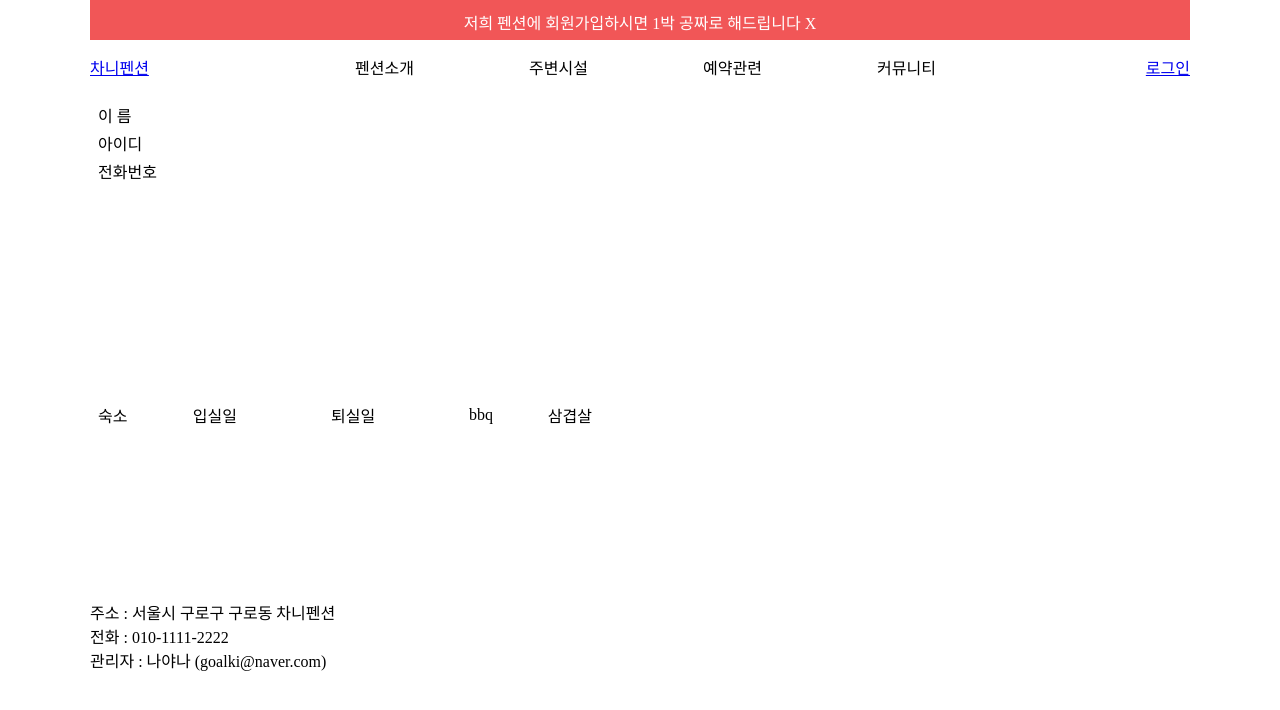
Repository: goalki/pension
Page: http://localhost/pension/mypage/mypage.jsp
The author's editor kept a copy of each file at every save. The page is drawn from the files as they stood at one save, then again after the next save.
The browser window is 1280 px wide. The pictures show the whole page.
The page is served by Tomcat 9. Other server files are loaded and not shown.

Above is the page before, as saved 2021-01-15 05:32:48.

### pension/WebContent/mypage/mypage.jsp
<%@ page language="java" contentType="text/html; charset=UTF-8"
    pageEncoding="UTF-8"%>
<%@ include file="../top.jsp" %>
<style>
  #section {
    width:1100px;
    height:500px;
    margin:auto;
  }
  #section #my {
    width:600px;
    height:300px;
  }
  #section #reserve {
    width:600px;
    height:300px;
  }
 </style>
  <div id="section">
    <div id="my">  <!-- 회원 정보 : member테이블에 값을 가져온다..-->
      <table width="590" align="center">
       <tr>
        <td> 이 름 </td>
        <td> </td>
       </tr>
       <tr>
        <td> 아이디 </td>
        <td> </td>
       </tr>
       <tr>
        <td> 전화번호 </td>
        <td> </td>
       </tr>
       <tr>
      </table>
    </div>
    <div id="reserve"> <!-- 예약정보 : reserve 테이블에서 가져온다.-->
      <table width="590" align="center">
       <tr>
         <td> 숙소 </td>
         <td> 입실일 </td>
         <td> 퇴실일 </td>
         <td> bbq </td>
         <td> 삼겹살 </td>
       </tr>
      </table>
    </div>
  </div>

 <%@ include file="../bottom.jsp" %>

### pension/WebContent/top.jsp
<%@ page language="java" contentType="text/html; charset=UTF-8"
    pageEncoding="UTF-8"%>
<%@ taglib prefix="c" uri="http://java.sun.com/jsp/jstl/core" %>

<!DOCTYPE html>
<html>       <!-- index.jsp -->
<head>
<meta charset="UTF-8">
<title>Insert title here</title>
  <style>
    body {
      margin:0px;
    }
    #first {  /* 광고관련 1층 */
      width:1100px;
      height:30px;
      margin:auto;
      background:#f15657;
      text-align:center;
      padding-top:10px;
      color:white;
    }
    #second {  /* 로고, 메뉴 2층 */
      width:1100px;
      height:60px;
      margin:auto;
    }
    #second #left {
      padding-top:15px;
      width:100px;
      float:left;
    }
    #second #right {
      padding-top:15px;
      width:1000px;
      float:right;
      text-align:right;
    }
    #second #right #menu {
      display:inline-block;
      width:170px;
      height:30px; /* 주메뉴의 높이를 줘야 됩니다 */
      position:relative;
    }
    #second #right #menu:last-child {
      width:250px;
    }
    #second #right #menu .sub {
      position:absolute;
      width:120px;
      left:88px;
      top:10px;
      background:white;
      padding-left:0px;
      visibility:hidden;
      padding-top:10px;

    }
    #second #right #menu .sub li {
      list-style-type:none;
      text-align:center; /* 서브메뉴의 글자 중앙 */
    }


  </style>
    <script src="http://code.jquery.com/jquery-latest.js"></script>
  <script>
    function view_sub(n)
    {
    	document.getElementsByClassName("sub")[n].style.visibility="visible";
    }
    function hide_sub(n)
    {
    	document.getElementsByClassName("sub")[n].style.visibility="hidden";
    }

    $(function()
    {
    	$("#ff").click(function()
    	{
    		$("#first").slideUp();

    	});
    });
  </script>
</head>
<body>
  <div id="first">
     저희 펜션에 회원가입하시면  1박 공짜로 해드립니다
   <span id="ff"  style="cursor:pointer"> X </span>
  </div>
  <div id="second">
     <div id="left"> <a href="../main/index.jsp"> 차니펜션 </a></div>
     <div id="right">
        <span id="menu" onmouseenter="view_sub(0)" onmouseleave="hide_sub(0)"> 펜션소개
        <!-- 부메뉴 -->
           <ul class="sub">
            <li> <a href="../sogae/sogae.jsp"> 우리펜션 </a> </li>
            <li> 오시는길 </li>
           </ul>
        </span>
        <span id="menu" onmouseenter="view_sub(1)" onmouseleave="hide_sub(1)"> 주변시설
        <!-- 부메뉴 -->
           <ul class="sub">
            <li> 만리포 </li>
            <li> 연포</li>
            <li> 채석정 </li>
           </ul>
        </span>
        <span id="menu" onmouseenter="view_sub(2)" onmouseleave="hide_sub(2)"> 예약관련
         <!-- 부메뉴 -->
           <ul class="sub">
            <li>  예약 규정 </a> </li>
            <li> <a href="../reserve/reserve.jsp"> 실시간 예약 </a> </li>
           </ul>
        </span>
        <span id="menu" onmouseenter="view_sub(3)" onmouseleave="hide_sub(3)"> 커뮤니티
        <!-- 부메뉴 -->
           <ul class="sub">
            <li> 여행 후기 </li>
            <li> 자유게시판 </li>
           </ul>
        </span>
        <span id="menu">
          <c:if test="${userid == null}">
           <a href="../login/login.jsp"> 로그인 </a>
          </c:if>
          <c:if test="${userid != null}">
            ${userid}님!! <a href="../mypage/mypage.jsp"> 내정보 </a>  <a href="../login/logout.jsp"> 로그아웃 </a>
          </c:if>
        </span>
    </div>
  </div>
  <!-- 여기까지 1층과 2층  top.jsp -->

### pension/WebContent/bottom.jsp
<%@ page language="java" contentType="text/html; charset=UTF-8"
    pageEncoding="UTF-8"%>
 <style>
 #fifth {     /* 펜션소개 5층 */
      width:1100px;
      height:100px;
      margin:auto;
    }
 </style>
<!-- 여기부터 5층 => bottom.jsp -->
  <div id="fifth">
    주소 : 서울시 구로구 구로동 차니펜션 <br>
    전화 : 010-1111-2222 <br>
    관리자 : 나야나  (goalki@naver.com) <br>
  </div>

</body>
</html>

After the next save:
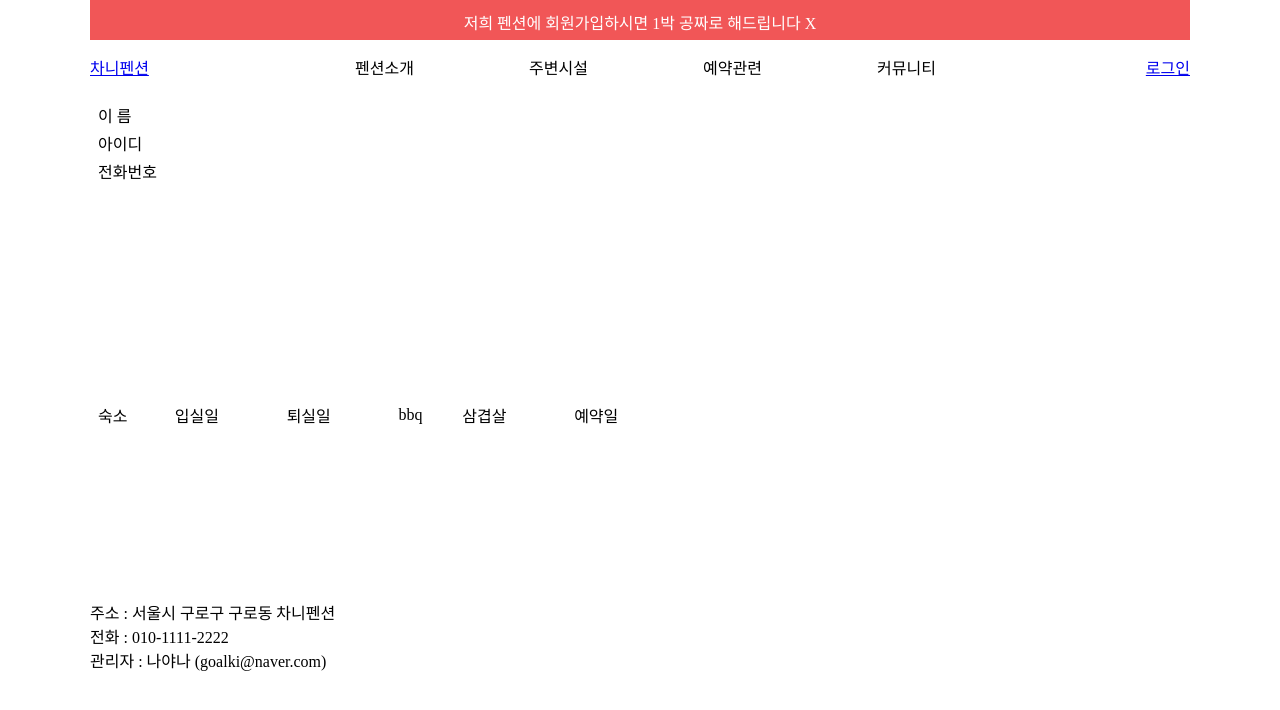
Saved 7 s later.
--- a/pension/WebContent/mypage/mypage.jsp
+++ b/pension/WebContent/mypage/mypage.jsp
@@ -42,6 +42,7 @@
          <td> 퇴실일 </td>
          <td> bbq </td>
          <td> 삼겹살 </td>
+         <td> 예약일 </td>
        </tr>
       </table>
     </div>
